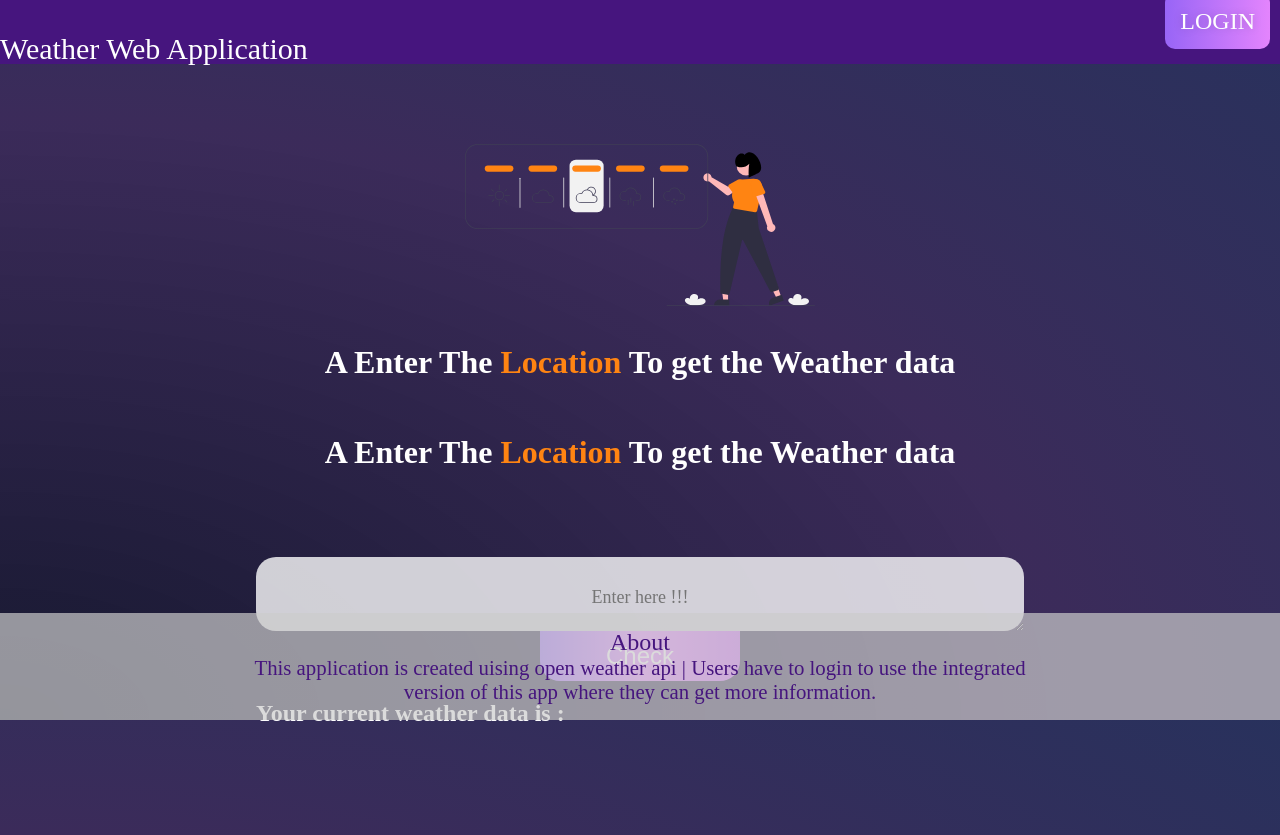
Repository: Irfan-vit/openapi
Page: index.html
An editor plug-in stored every save of this project. The page is shown before and after a run of saves, followed by the edit.
The browser window is 1280 px wide. The pictures show the whole page.
Backgrounds fixed to the window are drawn as part of the page.

Above is the page before, as saved 2021-05-29 03:02:15.

After the next 2 saves:
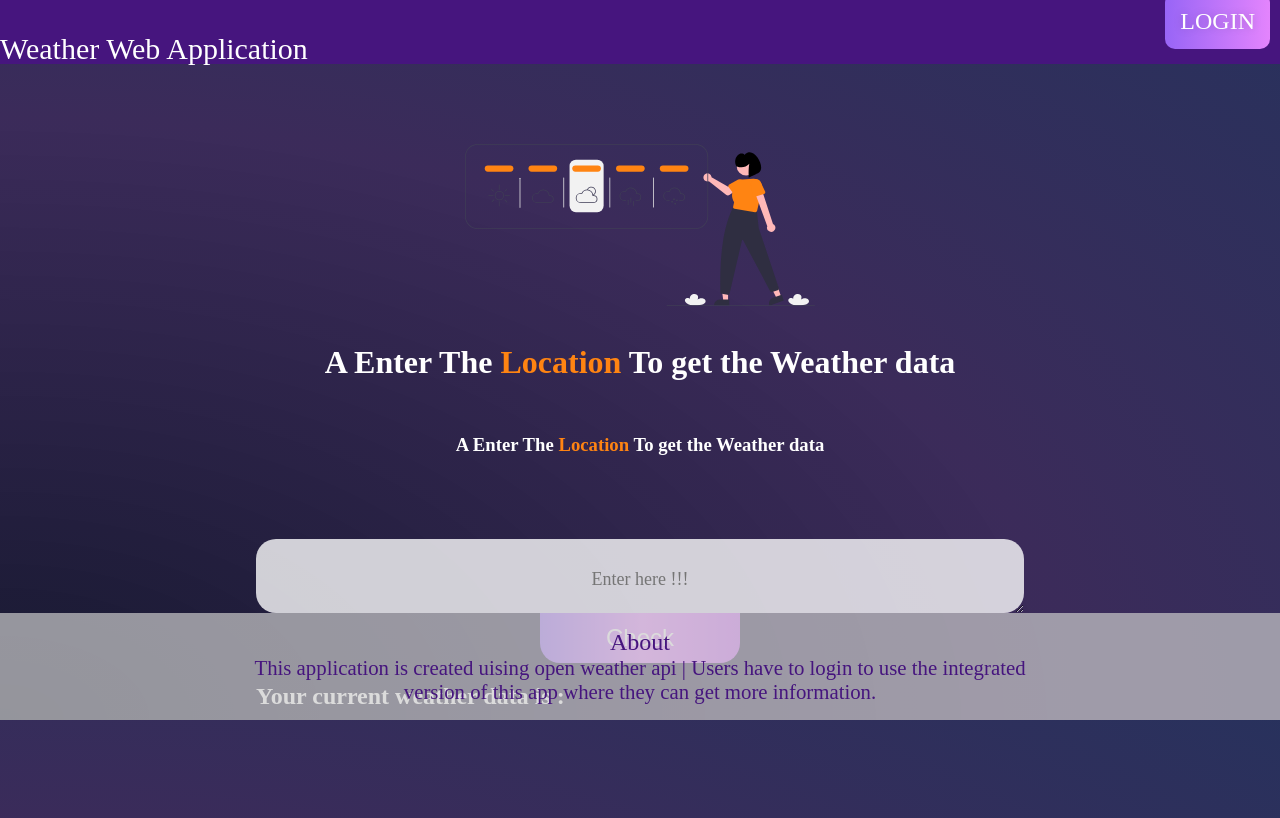
The 2 saves are shown as one change because they came seconds apart.
The last was saved 9 s later.
--- a/index.html
+++ b/index.html
@@ -40,8 +40,8 @@
         <img class="hero-img" src="we.svg" alt="">
         <h1 class="hero-heading">A <span class="heading-inverted"></span> Enter The <span
                 class="heading-inverted">Location</span> To get the Weather data</h1>
-        <h1 class="hero-heading">A <span class="heading-inverted"></span> Enter The <span
-                class="heading-inverted">Location</span> To get the Weather data</h1>
+        <h3 class="hero-heading">A <span class="heading-inverted"></span> Enter The <span
+                class="heading-inverted">Location</span> To get the Weather data</h3>
     </header>
 
     <main>
